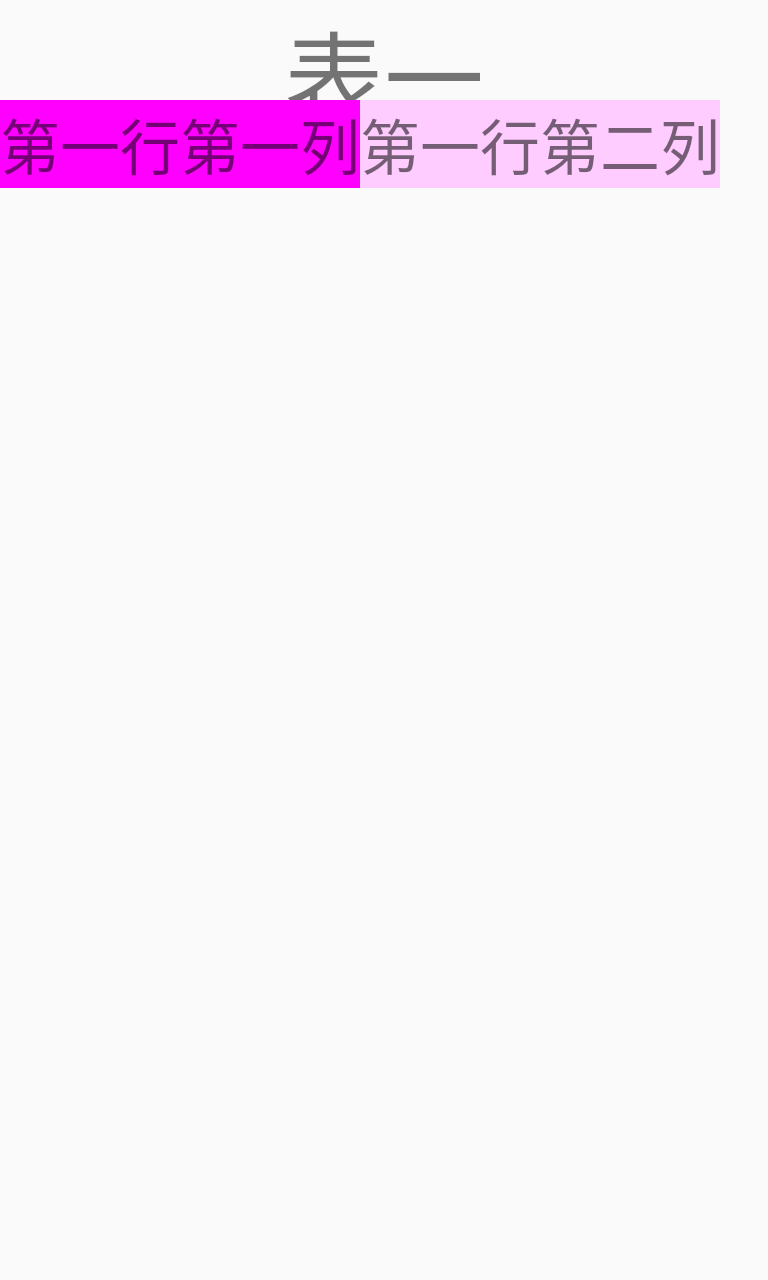
Repository: A207/guanjingjing
Layout: day4/LayoutApp/res/layout/ActivityTableLayout.xml
The author's editor kept a copy of each file at every save. The layout is drawn from the files as they stood at one save, then again after the next save.
It is drawn on a 768 x 1280 px phone screen (xhdpi) without system bars, with theme AppTheme; the app's code is not run.

Above is the layout before, as saved 2015-07-09 10:52:35.

### day4/LayoutApp/res/layout/ActivityTableLayout.xml
<?xml version="1.0" encoding="utf-8"?>
<TableLayout xmlns:android="http://schemas.android.com/apk/res/android"
    android:layout_width="match_parent"
    android:layout_height="match_parent" >

    <TextView
        android:layout_width="match_parent"
        android:layout_height="50dp"
        android:text="表一"
        android:textSize="50sp"
        android:gravity="center"></TextView>
    <TableRow
        android:layout_width="match_parent"
        android:layout_height="wrap_content">
        	<TextView
            	android:text="第一行第一列"
            	android:textSize="30sp"
            	android:background="#ff00ff"></TextView>
        		<TextView
            	android:text="第一行第二列"
            	android:textSize="30sp"
            	android:background="#ffccff"></TextView>
    </TableRow>

</TableLayout>

Loaded but not shown: day4/LayoutApp/res/values/styles.xml (common file); day4/LayoutApp/res/values-v11/styles.xml (common file); day4/LayoutApp/res/values-v14/styles.xml (common file)

After the next save:
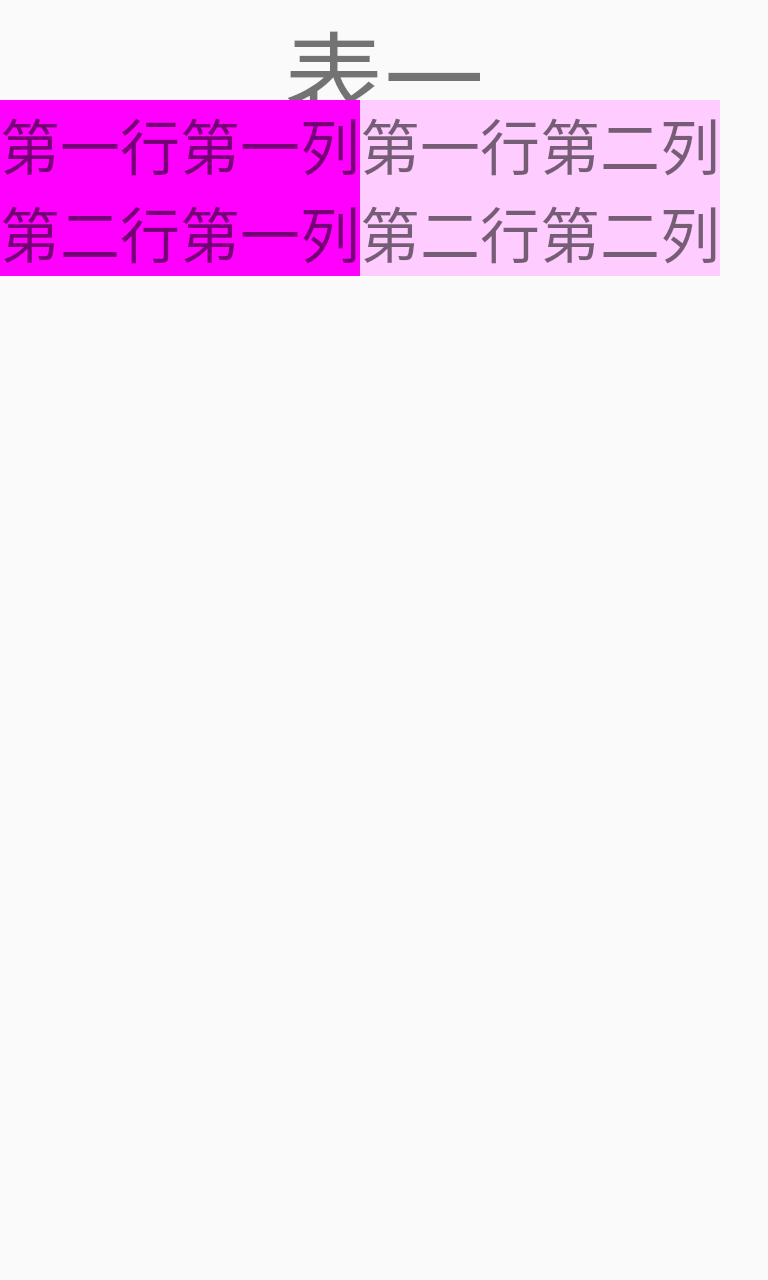
Saved 60 s later.
--- a/day4/LayoutApp/res/layout/ActivityTableLayout.xml
+++ b/day4/LayoutApp/res/layout/ActivityTableLayout.xml
@@ -21,5 +21,17 @@
             	android:textSize="30sp"
             	android:background="#ffccff"></TextView>
     </TableRow>
+    <TableRow
+        android:layout_width="match_parent"
+        android:layout_height="wrap_content">
+        	<TextView
+            	android:text="第二行第一列"
+            	android:textSize="30sp"
+            	android:background="#ff00ff"></TextView>
+        		<TextView
+            	android:text="第二行第二列"
+            	android:textSize="30sp"
+            	android:background="#ffccff"></TextView>
+    </TableRow>
 
 </TableLayout>
